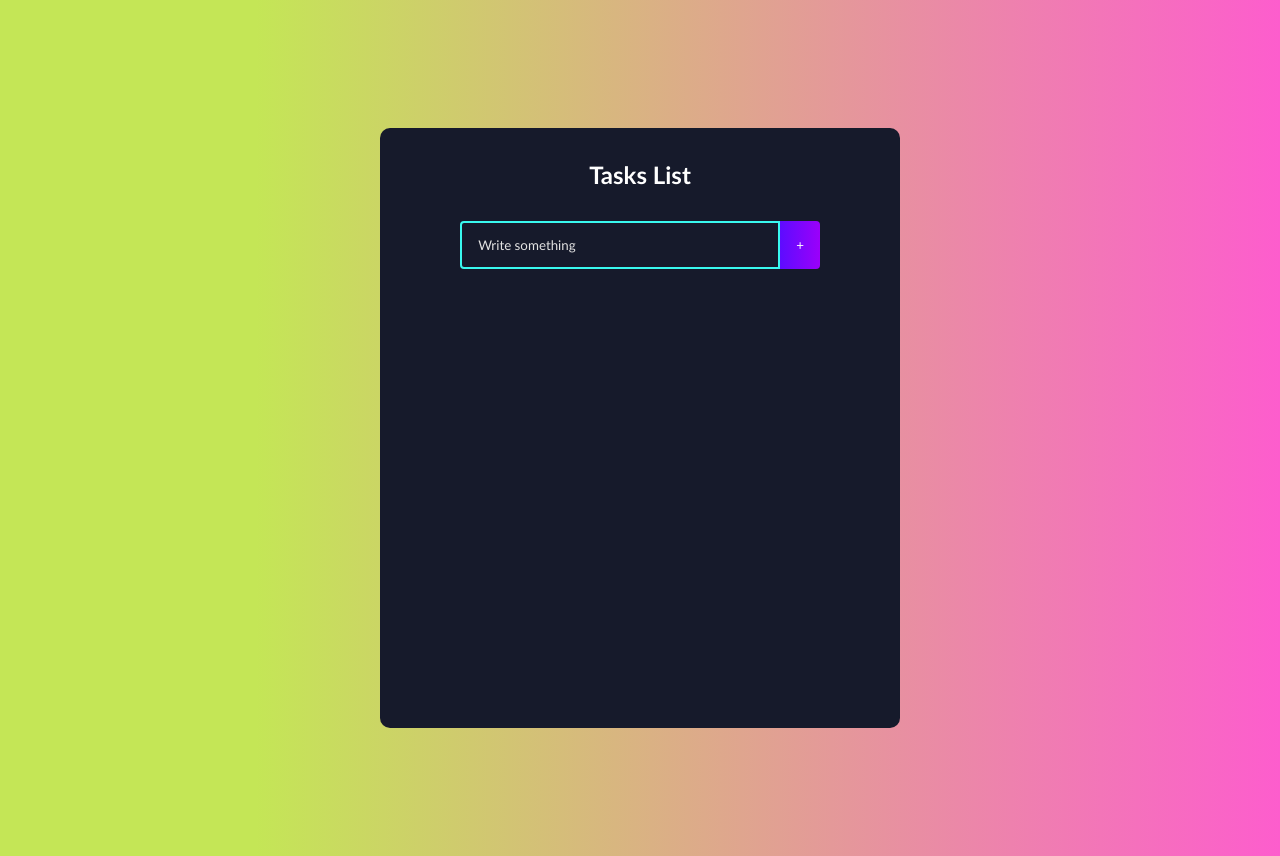
Repository: pratham0305/LGMVIP-Task-01
Page: /
An editor plug-in stored every save of this project. The page is shown before and after a run of saves, followed by the edit.
The browser window is 1280 px wide. The pictures show the whole page.
The project was rebuilt for these pictures with package versions that can differ from the ones it lists, and the page was loaded fresh each time. Also part of the build but not shown: src/components/Todo.js.

Above is the page before, as saved 2022-03-21 17:15:55.

After the next 2 saves:
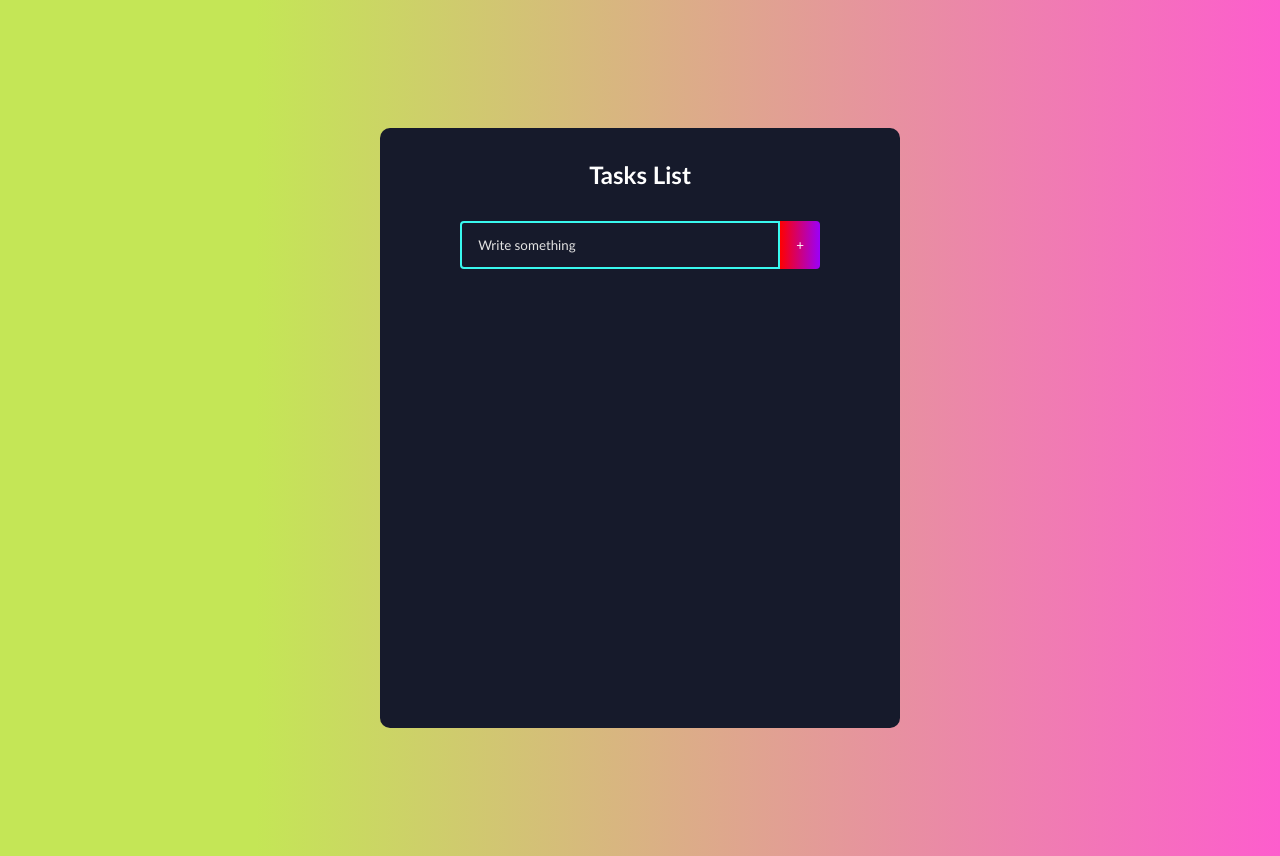
The 2 saves are shown as one change because they came seconds apart.
The last was saved 22 s later.
--- a/src/App.css
+++ b/src/App.css
@@ -63,7 +63,7 @@ h1 {
   outline: none;
   background: linear-gradient(
     90deg,
-    rgba(93, 12, 255, 1) 0%,
+    rgb(255, 0, 0) 0%,
     rgba(155, 0, 250, 1) 100%
   );
   color: #fff;
